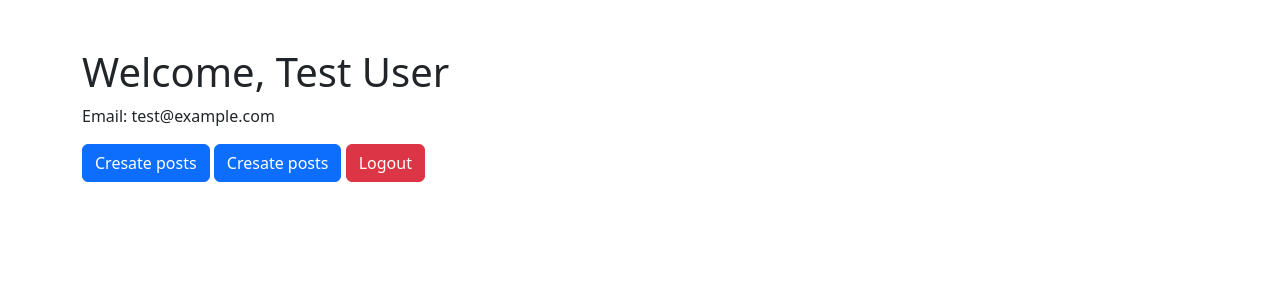
Repository: Abdulahi338/Authentication-using-laravel-11
Page: http://localhost/dashboard
The author's editor kept a copy of each file at every save. The page is drawn from the files as they stood at one save, then again after the next save.
The browser window is 1280 px wide. The pictures show the whole page.
The page is served by the project's Laravel application, run on PHP 8.4 with Laravel 12. A made-up administrator, Test User (test@example.com), is signed in. Other server files are loaded and not shown.

Above is the page before, as saved 2024-10-16 11:26:19.

### routes/web.php
<?php


use Illuminate\Support\Facades\Route;
use App\Http\Controllers\AuthController;
use Illuminate\Support\Facades\Auth;

// Guest routes (not logged in)
Route::middleware('guest')->group(function () {
    // Home route
    Route::get('/', function () {
        return view('layouts.app');
    })->name('home');

    // Registration routes
    Route::get('/register', function () {
        return view('auth.register');
    })->name('register.form');

    Route::post('/register', [AuthController::class, 'register'])->name('register');

    // Login routes
    Route::get('/login', function () {
        return view('auth.login');
    })->name('login.form');

    Route::post('/login', [AuthController::class, 'login'])->name('login');

    // Password reset request routes
    Route::get('/password/reset', [AuthController::class, 'showResetRequestForm'])->name('password.request');
    Route::post('/password/email', [AuthController::class, 'sendResetLinkEmail'])->name('password.email');

    // Password reset routes
    Route::get('/password/reset/{token}/{email}', [AuthController::class, 'showResetForm'])->name('password.reset');
    Route::post('/password/reset', [AuthController::class, 'reset'])->name('password.update');
    Route::get('/verify-email/{token}', [AuthController::class, 'verifyEmail'])->name('verification.verify');



});

// Authenticated routes (users who are logged in)
Route::middleware('auth')->group(function () {
     // Email verification route

    // Verification notice route
    Route::get('/verification-notice', function () {
        return view('auth.verification-notice');
    })->name('verification.notice');
        // Resend verification route
        Route::post('/resend-verification', [AuthController::class, 'resendVerification'])->name('verification.resend');
    // Dashboard route
    Route::get('/dashboard', [AuthController::class, 'dashboard'])->name('dashboard');

    // Logout route
    Route::post('/logout', [AuthController::class, 'logout'])->name('logout');

});


use App\Http\Controllers\PostController;

Route::middleware(['auth', 'verified'])->group(function () {
    Route::get('/posts', [PostController::class, 'index'])->name('posts.index');
    Route::get('/posts/create', [PostController::class, 'create'])->name('posts.create');
    Route::post('/posts', [PostController::class, 'store'])->name('posts.store');
    Route::get('/posts/{post}/edit', [PostController::class, 'edit'])->name('posts.edit');
    Route::put('/posts/{post}', [PostController::class, 'update'])->name('posts.update');
    Route::delete('/posts/{post}', [PostController::class, 'destroy'])->name('posts.destroy');
});

### app/Models/User.php
<?php

namespace App\Models;

// use Illuminate\Contracts\Auth\MustVerifyEmail;
use Illuminate\Database\Eloquent\Factories\HasFactory;
use Illuminate\Foundation\Auth\User as Authenticatable;
use Illuminate\Notifications\Notifiable;

class User extends Authenticatable
{
    use HasFactory, Notifiable;

    /**
     * The attributes that are mass assignable.
     *
     * @var array<int, string>
     */
    // User.php
public function posts()
{
    return $this->hasMany(Post::class);
}


    protected $fillable = [
        'name',
        'email',
        'password',
    ];

    /**
     * The attributes that should be hidden for serialization.
     *
     * @var array<int, string>
     */
    protected $hidden = [
        'password',
        'remember_token',
    ];

    /**
     * Get the attributes that should be cast.
     *
     * @return array<string, string>
     */
    protected function casts(): array
    {
        return [
            'email_verified_at' => 'datetime',
            'password' => 'hashed',
        ];
    }
}

### app/Http/Controllers/AuthController.php
<?php

namespace App\Http\Controllers;

use App\Models\User;
use App\Mail\VerificationMail;
use Illuminate\Http\Request;
use Illuminate\Support\Facades\Hash;
use Illuminate\Support\Facades\Mail;
use Illuminate\Support\Facades\DB;
use Illuminate\Support\Str;
use Illuminate\Support\Facades\Password;

class AuthController extends Controller
{
    // Registration function
    public function register(Request $request)
    {
        // Validate user input
        $validated = $request->validate([
            'name' => 'required|string|max:255',
            'email' => 'required|email|unique:users,email',
            'password' => 'required|string|min:3|confirmed', // Password should be more secure
        ]);

        // Hash password and create the user
        $user = User::create([
            'name' => $validated['name'],
            'email' => $validated['email'],
            'password' => Hash::make($validated['password']),
        ]);

        // Generate verification token
        $token = Str::random(32);
        DB::table('email_verifications')->insert([
            'user_id' => $user->id,
            'token' => $token,
            'created_at' => now(),
        ]);

        // Send verification email
        Mail::to($user->email)->send(new VerificationMail($user, $token));

        // Redirect to login with a success message
        return redirect()->route('login')->with('message', 'Registration successful! Please check your email to verify your account.');
    }

    // Login function
    public function login(Request $request)
    {
        // Validate the login request
        $credentials = $request->validate([
            'email' => 'required|email',
            'password' => 'required|string',
        ]);

        // Attempt to find the user
        $user = User::where('email', $credentials['email'])->first();

        if (!$user) {
            return redirect()->back()->withErrors(['email' => 'Invalid credentials.'])->withInput();
        }

        // Check if the email is verified
        if (!$user->email_verified_at) {
            return redirect()->back()->withErrors(['email' => 'Please verify your email first.'])->withInput();
        }

        // Check the password
        if (!Hash::check($credentials['password'], $user->password)) {
            return redirect()->back()->withErrors(['email' => 'Invalid credentials.'])->withInput();
        }

        // Log the user in
        auth()->login($user);

        return redirect()->route('dashboard'); // Redirect to the dashboard after successful login
    }

    // Email Verification function
    public function verifyEmail($token)
    {
        // Look for the token in the email_verifications table
        $verification = DB::table('email_verifications')->where('token', $token)->first();

        // If the token is not found, return an error
        if (!$verification) {
            return redirect()->route('login')->withErrors(['token' => 'Invalid verification token.']);
        }

        // Find the user by the token
        $user = User::find($verification->user_id);

        // Mark email as verified
        $user->email_verified_at = now();
        $user->save();

        // Optionally delete the token after successful verification
        DB::table('email_verifications')->where('token', $token)->delete();

        // Log the user in
        auth()->login($user);

        return redirect()->route('dashboard')->with('message', 'Email verified successfully! Welcome to your dashboard.');
    }

    // Resend Email Verification
    public function resendVerification(Request $request)
    {
        // Validate the request
        $request->validate([
            'email' => 'required|email',
        ]);

        // Find the user by email
        $user = User::where('email', $request->email)->first();

        if (!$user) {
            return redirect()->back()->withErrors(['email' => 'User not found.']);
        }

        // Check if the user already has a verified email
        if ($user->email_verified_at) {
            return redirect()->back()->withErrors(['email' => 'Email is already verified.']);
        }

        // Generate a new verification token
        $token = Str::random(32);

        // Update or create a new verification record
        DB::table('email_verifications')->updateOrInsert(
            ['user_id' => $user->id],
            ['token' => $token, 'created_at' => now()]
        );

        // Send the verification email
        Mail::to($user->email)->send(new VerificationMail($user, $token));

        return redirect()->back()->with('message', 'Verification email resent.');
    }

    // Show password reset request form
    public function showResetRequestForm()
    {
        return view('auth.passwords.email');
    }

    // Handle sending the reset link
    public function sendResetLinkEmail(Request $request)
    {
        // Validate the request
        $request->validate([
            'email' => 'required|email',
        ]);

        // Send the reset link
        $status = Password::sendResetLink($request->only('email'));

        // Return response based on the status
        return $status === Password::RESET_LINK_SENT
            ? back()->with('status', __($status))
            : back()->withErrors(['email' => __($status)]);
    }

    // Password Reset Form
    public function showResetForm($token, $email)
    {
        return view('auth.passwords.reset')->with(['token' => $token, 'email' => $email]);
    }

    // Handle password reset
    public function reset(Request $request)
    {
        // Validate the request
        $request->validate([
            'email' => 'required|email',
            'password' => 'required|string|min:6|confirmed',
            'token' => 'required',
        ]);

        // Reset the password
        $status = Password::reset(
            $request->only('email', 'password', 'password_confirmation', 'token'),
            function ($user) use ($request) {
                $user->password = Hash::make($request->password);
                $user->save();
            }
        );

        // Redirect or return based on the status
        return $status === Password::PASSWORD_RESET
            ? redirect()->route('login')->with('status', __($status))
            : back()->withErrors(['email' => __($status)]);
    }

    // Dashboard
    public function dashboard()
    {
        if (auth()->check()) {
            return view('dashboard', ['user' => auth()->user()]);
        }

        return redirect('/login')->with('message', 'Please log in first.');
    }

    // Logout
    public function logout(Request $request)
    {
        auth()->logout();
        return redirect('/login')->with('message', 'You have been logged out successfully!');
    }
}

### resources/views/dashboard.blade.php
{{-- resources/views/dashboard.blade.php --}}
<!DOCTYPE html>
<html lang="en">
<head>
    <meta charset="UTF-8">
    <meta name="viewport" content="width=device-width, initial-scale=1.0">
    <link href="https://cdn.jsdelivr.net/npm/bootstrap@5.3.0-alpha1/dist/css/bootstrap.min.css" rel="stylesheet">
    <title>User Dashboard</title>
</head>
<body>

    <div class="container mt-5">
        @if(session('message'))
        <div class="alert alert-success">{{ session('message') }}</div>
    @endif
        <h1>Welcome, {{ $user->name }}</h1>
        <p>Email: {{ $user->email }}</p>


        <form action="{{ url('/logout') }}" method="POST">
            @csrf
            <button type="submit" class="btn btn-primary"><a class="nav-link" href="{{ url('/posts/create') }}">Cresate posts</a></button>
            <button type="submit" class="btn btn-primary"><a class="nav-link" href="{{ url('/posts/create') }}">Cresate posts</a></button>

            <button type="submit" class="btn btn-danger">Logout</button>
        </form>
    </div>
</body>
</html>

Loaded but not shown: app/Http/Controllers/Controller.php (common file)

After the next save:
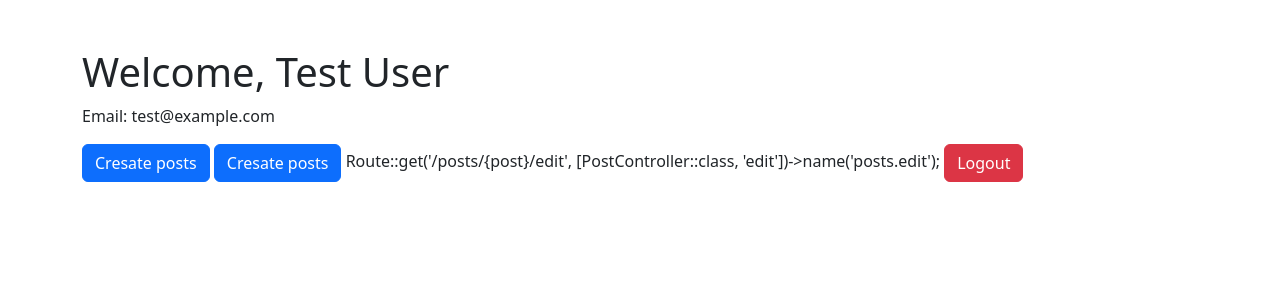
Saved 4 s later.
--- a/resources/views/dashboard.blade.php
+++ b/resources/views/dashboard.blade.php
@@ -21,6 +21,8 @@
             @csrf
             <button type="submit" class="btn btn-primary"><a class="nav-link" href="{{ url('/posts/create') }}">Cresate posts</a></button>
             <button type="submit" class="btn btn-primary"><a class="nav-link" href="{{ url('/posts/create') }}">Cresate posts</a></button>
+            Route::get('/posts/{post}/edit', [PostController::class, 'edit'])->name('posts.edit');
+
 
             <button type="submit" class="btn btn-danger">Logout</button>
         </form>

After the save that followed:
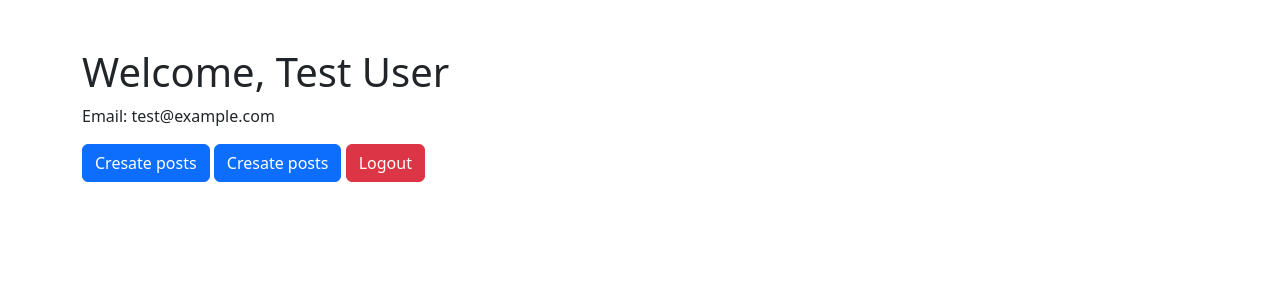
Saved 9 s later.
--- a/resources/views/dashboard.blade.php
+++ b/resources/views/dashboard.blade.php
@@ -21,7 +21,6 @@
             @csrf
             <button type="submit" class="btn btn-primary"><a class="nav-link" href="{{ url('/posts/create') }}">Cresate posts</a></button>
             <button type="submit" class="btn btn-primary"><a class="nav-link" href="{{ url('/posts/create') }}">Cresate posts</a></button>
-            Route::get('/posts/{post}/edit', [PostController::class, 'edit'])->name('posts.edit');
 
 
             <button type="submit" class="btn btn-danger">Logout</button>
